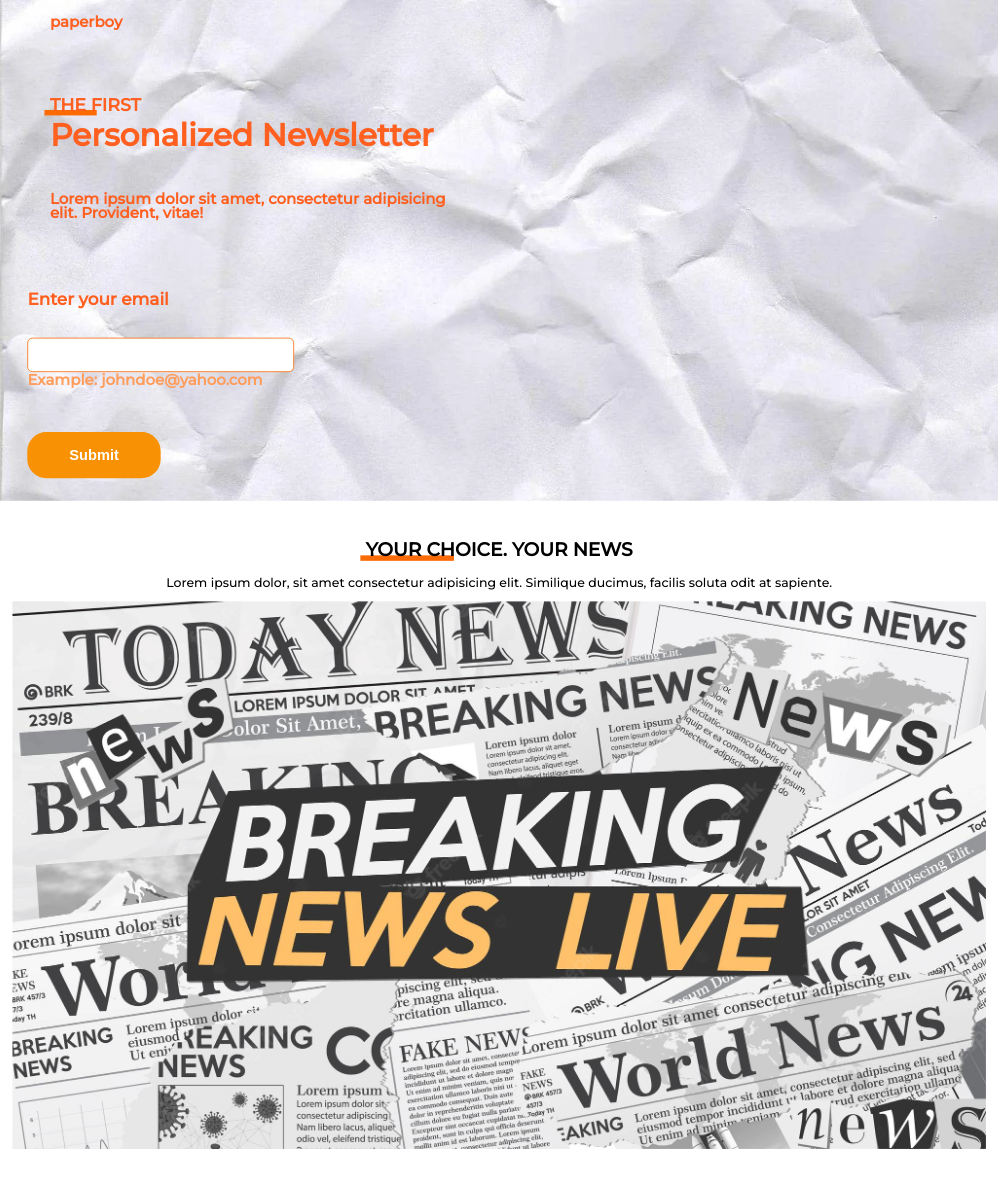
Repository: Gionnn/proiecte
Page: index.html
The author's editor kept a copy of each file at every save. The page is drawn from the files as they stood at one save, then again after the next save.
The browser window is 1280 px wide. The pictures show the whole page, at 78% of full size.

Above is the page before, as saved 2022-11-28 12:25:46.

### index.html
<!DOCTYPE html>
<html lang="en">
  <head>
    <meta charset="UTF-8" />
    <meta name="viewport" content="width=device-width, initial-scale=1.0" />
    <meta http-equiv="X-UA-Compatible" content="ie=edge" />
    <link rel="stylesheet" href="css/main.css" />
    <title>Paperboy</title>
  </head>

  <body>
    <div class="hero-bg">
      <section class="top">
        <header>
          <a href="index.html">paperboy</a>
        </header>

        <h1><span>The first </span>Personalized Newsletter</h1>
        <p>
          Lorem ipsum dolor sit amet, consectetur adipisicing elit. Provident,
          vitae!
        </p>
        <div class="form-container">
          <form action="">
            <div class="form-left">
              <label for="email">Enter your email</label>
              <input type="text" name="email" id="email" />
              <p>Example: johndoe@yahoo.com</p>
            </div>
            <input type="button" value="Submit" />
          </form>
        </div>
      </section>
    </div>

    <section class="bottom">
      <div class="right-col">
        <h2>Your choice. Your news</h2>
        <p>
          Lorem ipsum dolor, sit amet consectetur adipisicing elit. Similique
          ducimus, facilis soluta odit at sapiente.
        </p>
        <img src="images/paper.jpeg" alt="Breaking News" />
      </div>
    </section>
  </body>
</html>

### css/main.css
@import url("https://fonts.googleapis.com/css2?family=Montserrat:wght@500&display=swap");

body {
  font-family: "Montserrat", sans-serif;
  margin: 0;
}

.hero-bg {
  background: url("../images/background.jpeg");
  color: #ff5f1f;
  text-align: center;
}

header {
  padding-top: 1em;
}
.hero-bg a {
  color: #ff5f1f;
  text-decoration: none;
  font-weight: bold;
  font-size: 1.2rem;
}

section {
  margin: 0 1em;
}

h1 {
  font-size: 2.5rem;
  margin: 2em 0 1.2em;
}

h1 span {
  text-transform: uppercase;
  display: block;
  font-size: 1.4rem;
  position: relative;
  z-index: 1;
}
h1 span::before {
  content: " ";
  position: absolute;
  width: 3em;
  background: #fc6a03;
  height: 0.3em;
  bottom: 0;
  z-index: -1;
  margin-left: -0.3em;
}
.hero-bg p {
  font-weight: bold;
  margin: 0 1em 3em;
  font-size: 1.2rem;
}
.form-container {
  margin: 2em -1em 0;
  padding: 2em;
}
label {
  color: #ff5f1f;
  font-weight: bold;
  display: block;
  margin-bottom: 1em;
  font-size: 1.5em;
}
input[type="text"] {
  border: 1px solid #fc6a03;
  width: 60%;
  padding: 1em;
  box-sizing: border-box;
  border-radius: 0.5em;
  margin-top: 1.2em;
}
.form-container {
  color: #ff9d5c;
  margin-bottom: 1.5em;
  font-weight: normal;
  font-size: 0.9em;
  margin-top: 0.3em;
}
input[type="button"] {
  background-color: #f89104;
  border: none;
  width: 30%;
  color: white;
  font-weight: bold;
  padding: 1em 0;
  border-radius: 1.3em;
  font-size: 1.3em;
  cursor: pointer;
}

input[type="button"]:hover {
  background-color: #c47508;
}

.bottom {
  margin: 0;
}

.right-col {
  text-align: center;
  margin: 3em 1em;
}

h2 {
  text-transform: uppercase;
  position: relative;
}

h2::before {
  content: " ";
  position: absolute;
  width: 5em;
  background: #fc6a03;
  height: 0.3em;
  bottom: 0;
  z-index: -1;
  margin-left: -0.3em;
}

img {
  width: 100%;
}

p {
  line-height: 1em;
}

@media (min-width: 730px) {
  section {
    margin: 0 4em;
  }
  .form-container {
    margin: 2em -4em 0;
  }
}

@media (min-width: 930px) {
  .hero-bg {
    text-align: left;
  }
  .hero-bg p {
    margin: 0 0 3em;
  }
  .hero-bg section {
    width: 40%;
  }
}

After the next save:
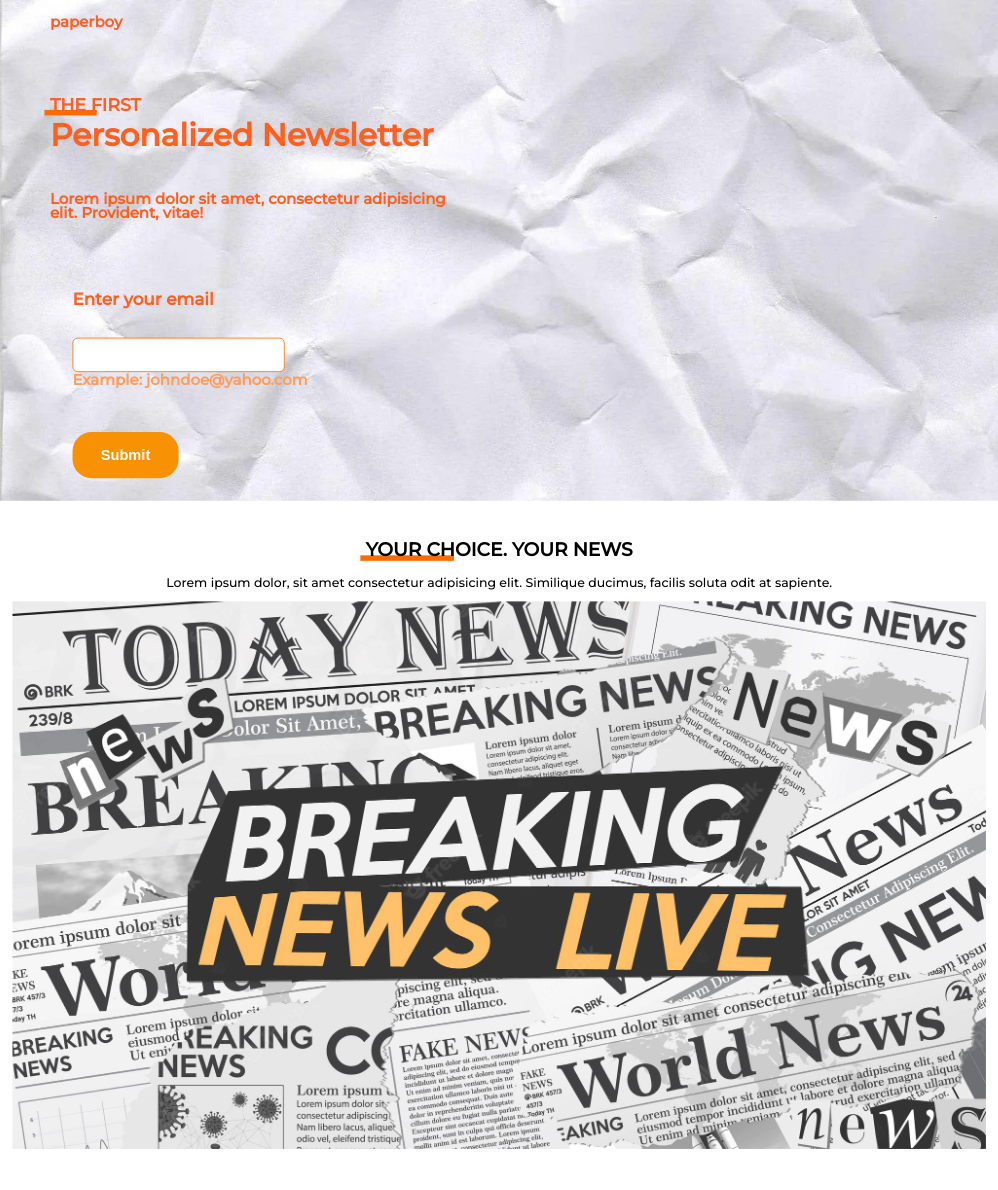
Saved 31 s later.
--- a/css/main.css
+++ b/css/main.css
@@ -146,4 +146,7 @@ p {
   .hero-bg section {
     width: 40%;
   }
+  .form-container {
+    margin: 2em 0 0;
+  }
 }
